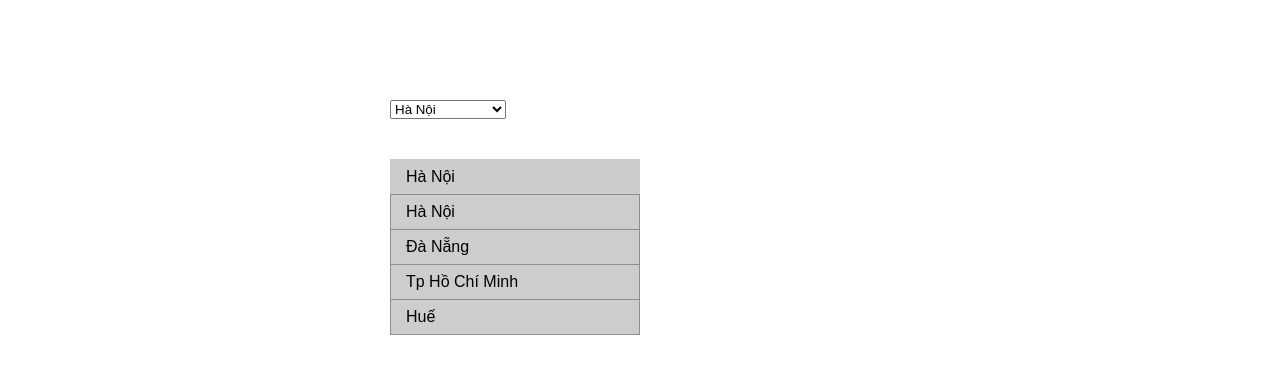
Repository: khanhbinh87/learnJs
Page: customSelect/index.html
An editor plug-in stored every save of this project. The page is shown before and after the next save, followed by the edit.
The browser window is 1280 px wide. The pictures show the whole page.

Above is the page before, as saved 2021-06-16 14:23:43.

### customSelect/index.html
<!DOCTYPE html>
<html lang="en">
<head>
    <meta charset="UTF-8">
    <meta name="viewport" content="width=device-width, initial-scale=1.0">
    <title>Document</title>
    <link rel="stylesheet" href="style.css">
</head>
<body>
        <form action="">
            <select name="" id="" class="custom-select">
                <option value="hanoi">Hà Nội</option>
                <option value="danang" >Đà Nẵng</option>
                <option value="tphcm">Tp Hồ Chí Minh</option>
                <option value="hue" >Huế</option>
            </select>
            <!-- <div class="wrapper-selected">
                <div class="selected" my-value="">Text tam thoi</div>
                <ul class="list-options">
                    <li my-value="hanoi">Hà Nội</li>
                    <li my-value="danang">Đà Nẵng</li>
                    <li my-value="tphcm">Tp Hồ Chí Minh</li>
                    <li my-value="hue">Huế</li>
                </ul>
            </div> -->
        </form>
        <script src="main.js"></script>
</body>
</html>

### customSelect/style.css
*{
    margin: 0;
    padding: 0;
    box-sizing: border-box;
}
form{
    margin:50px auto;
    width: 500px;
}
body{
    padding: 50px;
}
.custom-select {
    margin-bottom: 40px;

}


.wrapper-selected{
    width: 250px;
    font-family:sans-serif;
    position: relative;
}
.wrapper-selected > .selected{
    border:1px solid #ccc;
    padding: 8px 15px;
    background-color: #ccc;
}
.wrapper-selected > .list-options{
    list-style: none;
    position: absolute;
    width: 100%;
}
.wrapper-selected > .list-options > li{
    padding: 8px 15px;
    background-color: #cdcdcd;
    border:1px solid #8d8d8d;
    margin-top: -1px;
    cursor: pointer;
    transition: all 0.5s;

}
.wrapper-selected > .list-options > li:hover{
    background-color: #999;
}

### customSelect/main.js
//tao div
//tao class
//tao div rong
//tao my-value
//tao text

var select = document.querySelector('.custom-select');
if(select){
    var listOptions = Array.from(select.querySelectorAll('option'))

    //tao div bao
    var divWrapper  = document.createElement('div');
        divWrapper.classList.add('wrapper-selected');

    //tao div select
    var divSelected = document.createElement('div');
        divSelected.classList.add('selected');


        if(listOptions.length > 0){
            divSelected.setAttribute('my-value',listOptions[0].getAttribute('value'))
            divSelected.innerText = listOptions[0].innerText

        }

    //tao ul li
    var ulElement = document.createElement('ul');
        ulElement.classList.add('list-options')

    //duyet tung listOptions
    listOptions.forEach(function(optionEl,index){
        var valueOption = optionEl.getAttribute('value');
        var textOption  = optionEl.innerText;

        //check co selected hay ko de tjay doi
        if(optionEl.getAttribute('selected') !== null){
            divSelected.setAttribute('my-value',valueOption)
            divSelected.innerText = textOption;
        }

        var liElement = document.createElement('li');
            liElement.setAttribute('my-value',valueOption);
            liElement.innerText = textOption;

            liElement.addEventListener('click',function(e){

                divSelected.setAttribute('my-value',this.getAttribute('my-value'));
                divSelected.innerText = this.innerText;


                var selectString = `option[value=${this.getAttribute('my-value')}]`


                if(select.querySelector('option[selected]')){
                    select.querySelector('option[selected]').removeAttribute('selected')
                }

                select.querySelector(selectString).setAttribute('selected',true);

                //listOptions[index].setAttribute('selected',true)
                // selectString.setAttribute('selected',true)

            })
            ulElement.append(liElement)

    })

    //appending
    divWrapper.append(divSelected);
    divWrapper.append(ulElement);
    document.body.appendChild(divWrapper);


    //chen div wrapper vao truoc hoac sau
    select.parentNode.insertBefore(divWrapper,select.nextSibling);

}

After the next save:
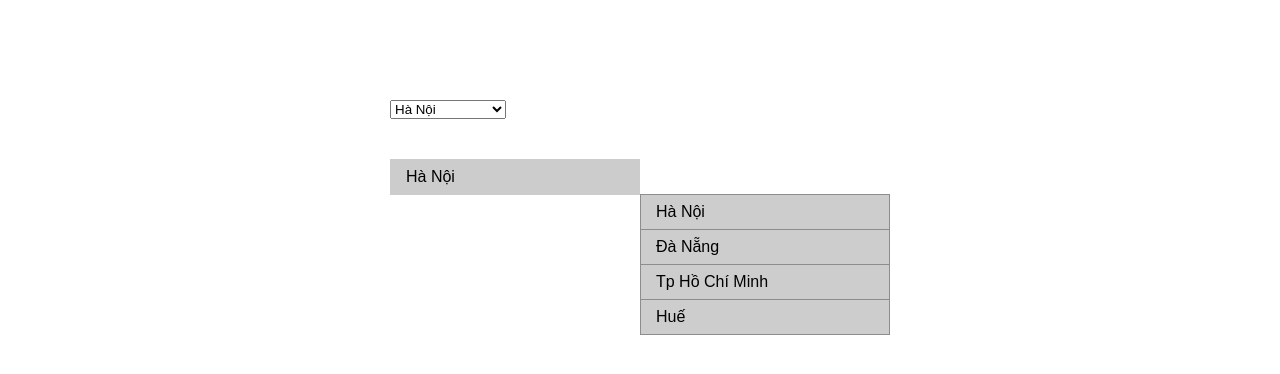
Saved 7 s later.
--- a/customSelect/style.css
+++ b/customSelect/style.css
@@ -30,6 +30,7 @@ body{
     list-style: none;
     position: absolute;
     width: 100%;
+    left:100%
 }
 .wrapper-selected > .list-options > li{
     padding: 8px 15px;
